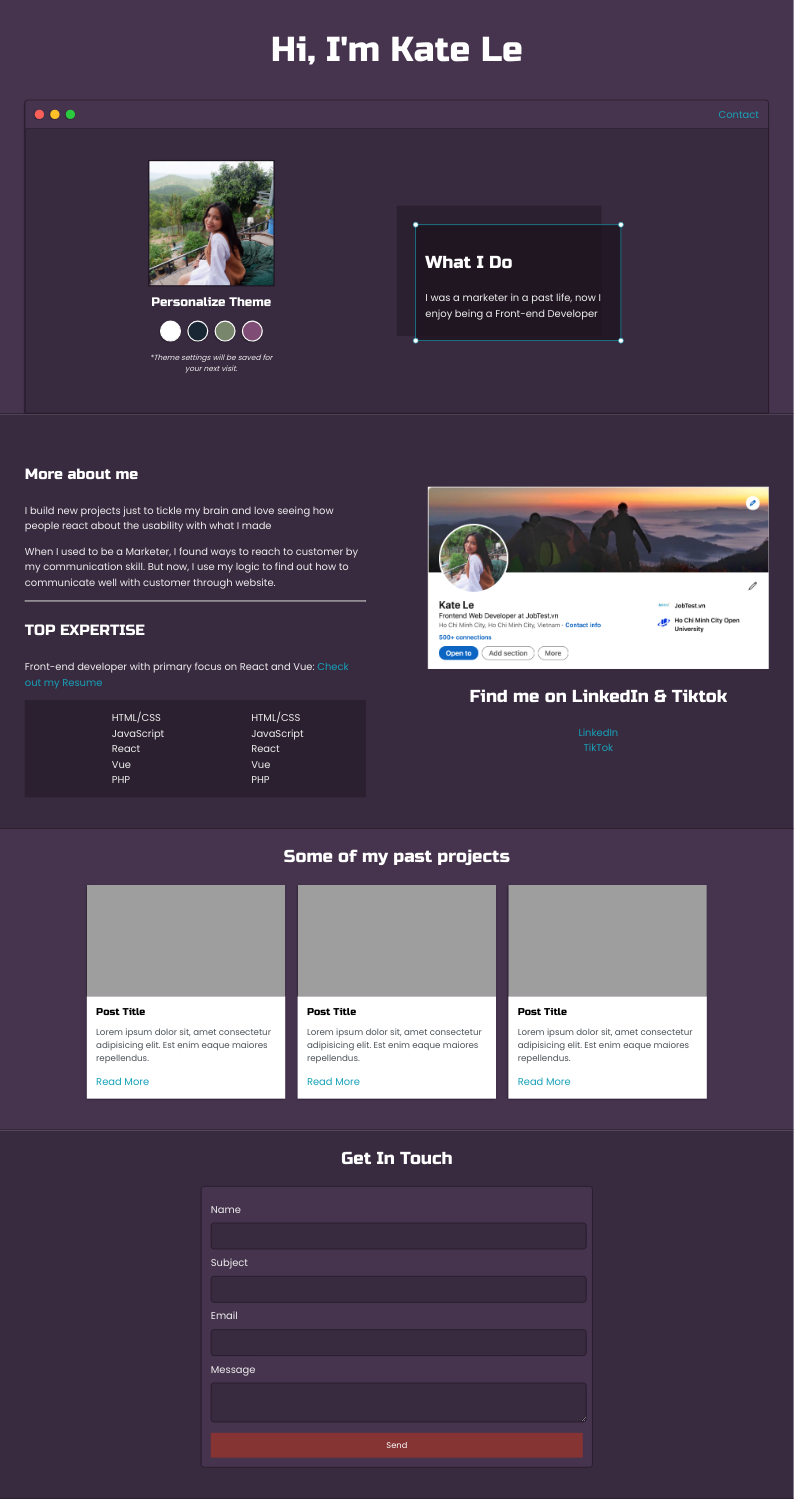
Repository: kate30980/my-persponal-website
Page: index.html
These files come from the project's save history. The page is drawn as it stood at one moment and after the next save; the edit follows.
The browser window is 1280 px wide. The pictures show the whole page, at 62% of full size.
Pictures or frames that could not be fetched are drawn as grey boxes.

Above is the page before, as saved 2021-08-27 21:03:33.

After the next save:
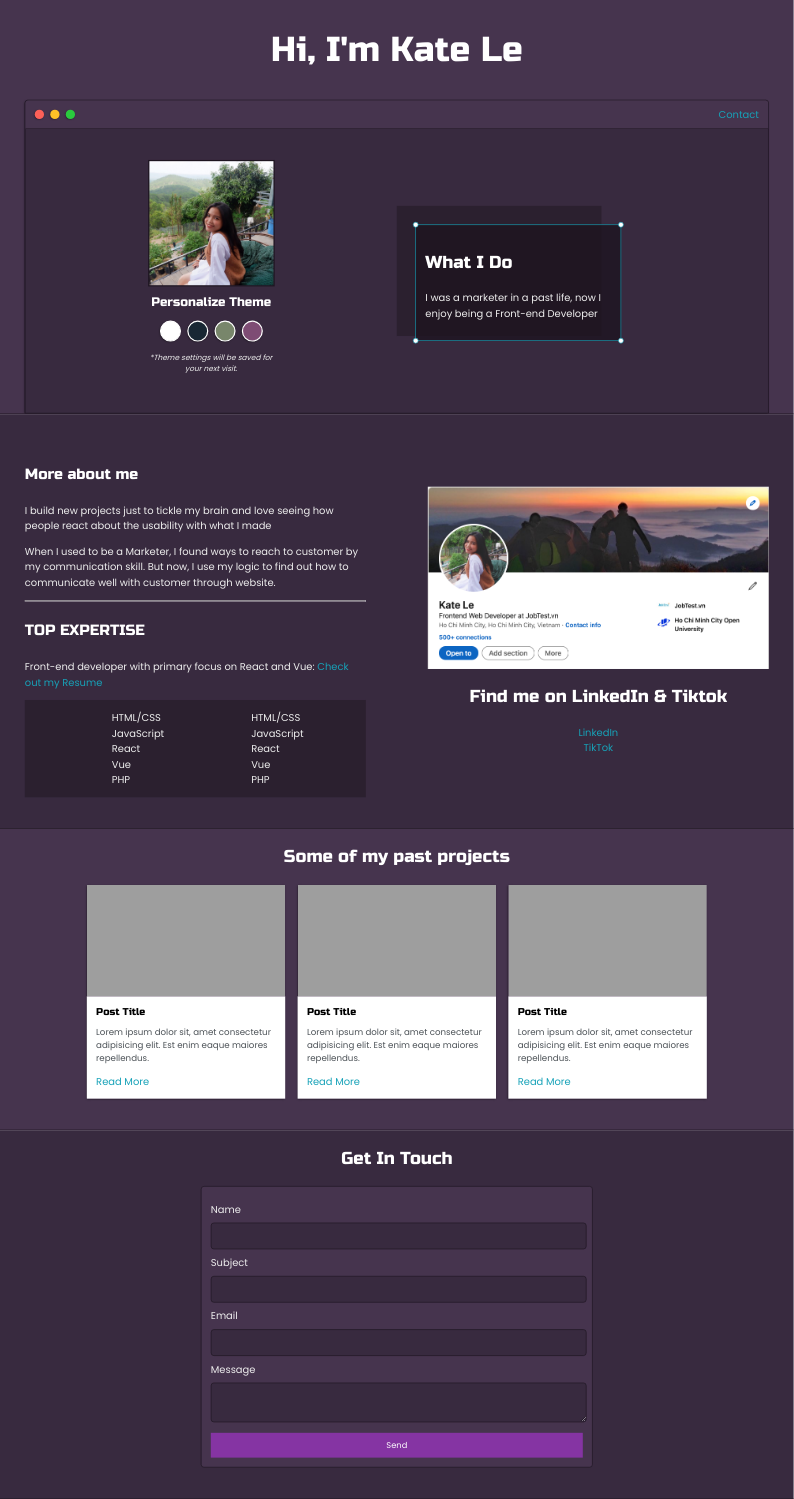
Saved 38 s later.
--- a/purple.css
+++ b/purple.css
@@ -11,5 +11,5 @@
   --previewBg: rgba(29, 21, 32, 0.8);
   --previewShadow: #2b202f;
 
-  --buttonColor: #853433;
+  --buttonColor: #8534a3;
 }
